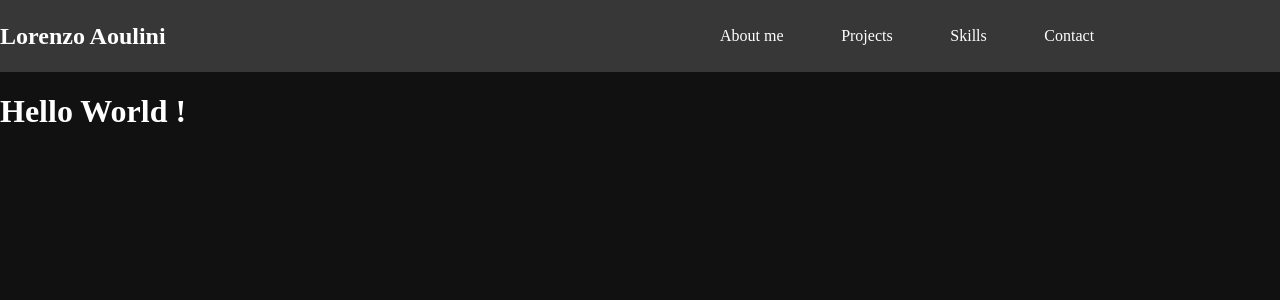
Repository: lolo298/lolo298.github.io
Page: index.html
The author's editor kept a copy of each file at every save. The page is drawn from the files as they stood at one save, then again after the next save.
The browser window is 1280 px wide. The pictures show the whole page.

Above is the page before, as saved 2022-05-10 13:07:58.

After the next save:
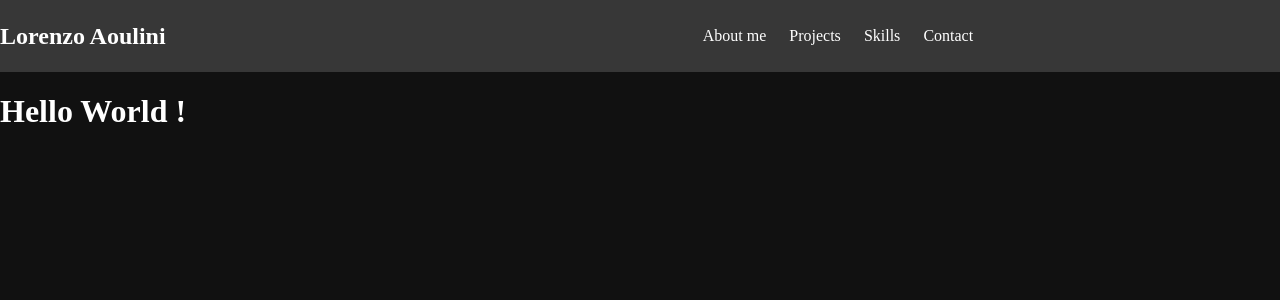
Saved 24 s later.
--- a/css/style.css
+++ b/css/style.css
@@ -47,7 +47,7 @@ body {
     color: white;
     width: max-content;
     height: 100%;
-    padding: 0% 5% 0% 5%;
+    padding: 0% 2% 0% 2%;
 }
 
 .main-navbar-item:hover {
